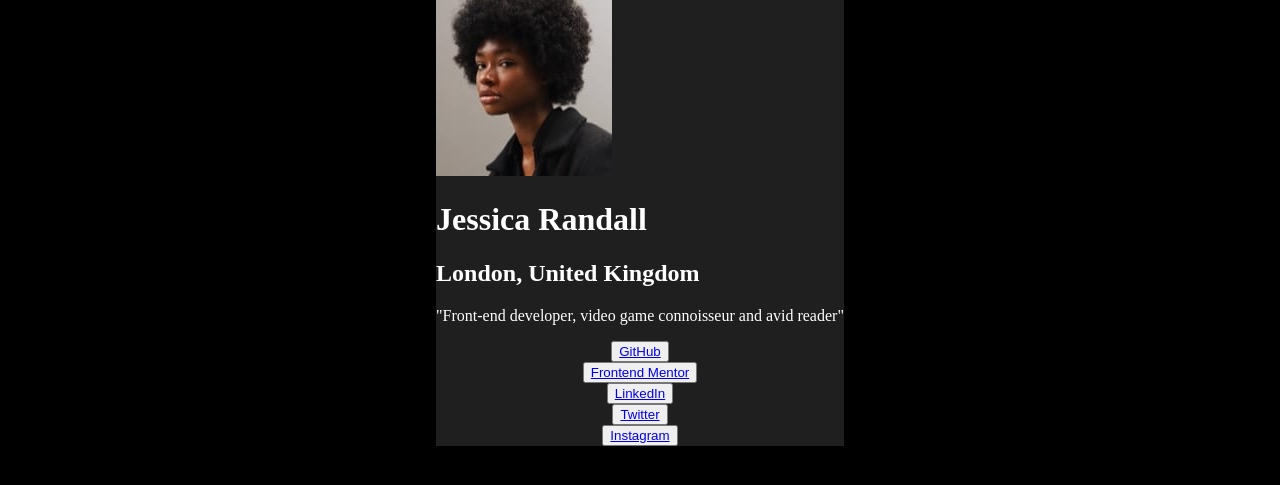
Repository: brandontaylor1/social-links-profile
Page: index.html
An editor plug-in stored every save of this project. The page is shown before and after the next save, followed by the edit.
The browser window is 1280 px wide. The pictures show the whole page.

Above is the page before, as saved 2024-12-25 17:05:25.

### index.html
<!DOCTYPE html>
<html lang="en">
<head>
    <meta charset="UTF-8">
    <meta name="viewport" content="width=device-width, initial-scale=1.0">
    <link rel="preconnect" href="https://fonts.googleapis.com">
    <link rel="preconnect" href="https://fonts.gstatic.com" crossorigin>
    <link href="https://fonts.googleapis.com/css2?family=Inter:ital,opsz,wght@0,14..32,100..900;1,14..32,100..900&display=swap" rel="stylesheet">
    <link rel="stylesheet" href="styles.css">
    <title>Social Links Profile</title>
</head>
<body>
    <main class="container">
        <div class="profile-content">
            <div class="img-container">
                <img src="./images/avatar-jessica.jpeg" alt="profile-pic">
            </div>
            <div class="profile-text">
                <h1>Jessica Randall</h1>
                <h2>London, United Kingdom</h2>
            </div>
            <p>"Front-end developer, video game connoisseur and avid reader"</p>
        </div>
        <div class="social-link-button-container">
            <button class="social-link-button"><a href="#">GitHub</a></button>
            <button class="social-link-button"><a href="#">Frontend Mentor</a></button>
            <button class="social-link-button"><a href="#">LinkedIn</a></button>
            <button class="social-link-button"><a href="#">Twitter</a></button>
            <button class="social-link-button"><a href="#">Instagram</a></button>
        </div>
    </main>

    <script src="index.js"></script>
</body>
</html>

### styles.css
:root {
    --gray-900: #141414;
    --gray-800: #1F1F1F;
    --gray-700: #333333;

    --color-white: #FFFFFF;
    --color-black: #000000;

    --color-green: #C4F82A;

}

body {
    box-sizing: border-box;
    margin: 0;
    padding: 0;
    background-color: black;
    display: flex;
    justify-content: center;
    align-items: center;
    background-color: var(--color-black);
}

.container {
    background-color: var(--gray-800);
    color: var(--color-white);
    display: flex;
    flex-direction: column;
    justify-content: center;
    align-items: center;
}


.social-link-button-container {
    display: flex;
    flex-direction: column;
    justify-content: center;
    align-items: center;

}

.social-link-button {
    width: 304
}

Loaded but not shown: index.js (no stored copy; drawn as an empty file)

After the next save:
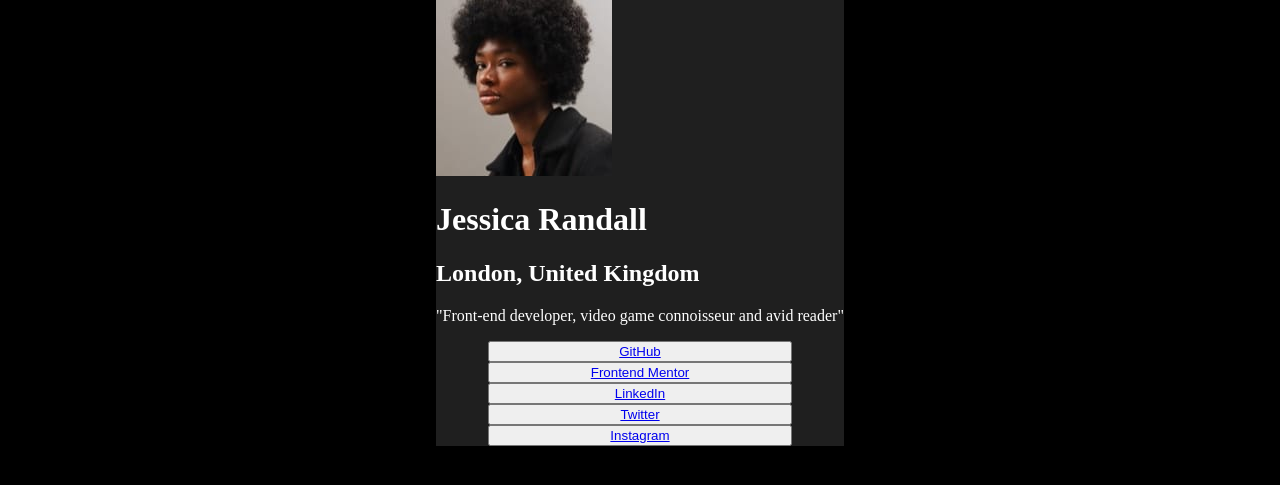
Saved 4 s later.
--- a/styles.css
+++ b/styles.css
@@ -40,5 +40,6 @@ body {
 }
 
 .social-link-button {
-    width: 304
+    width: 304px;
+    height:
 }
